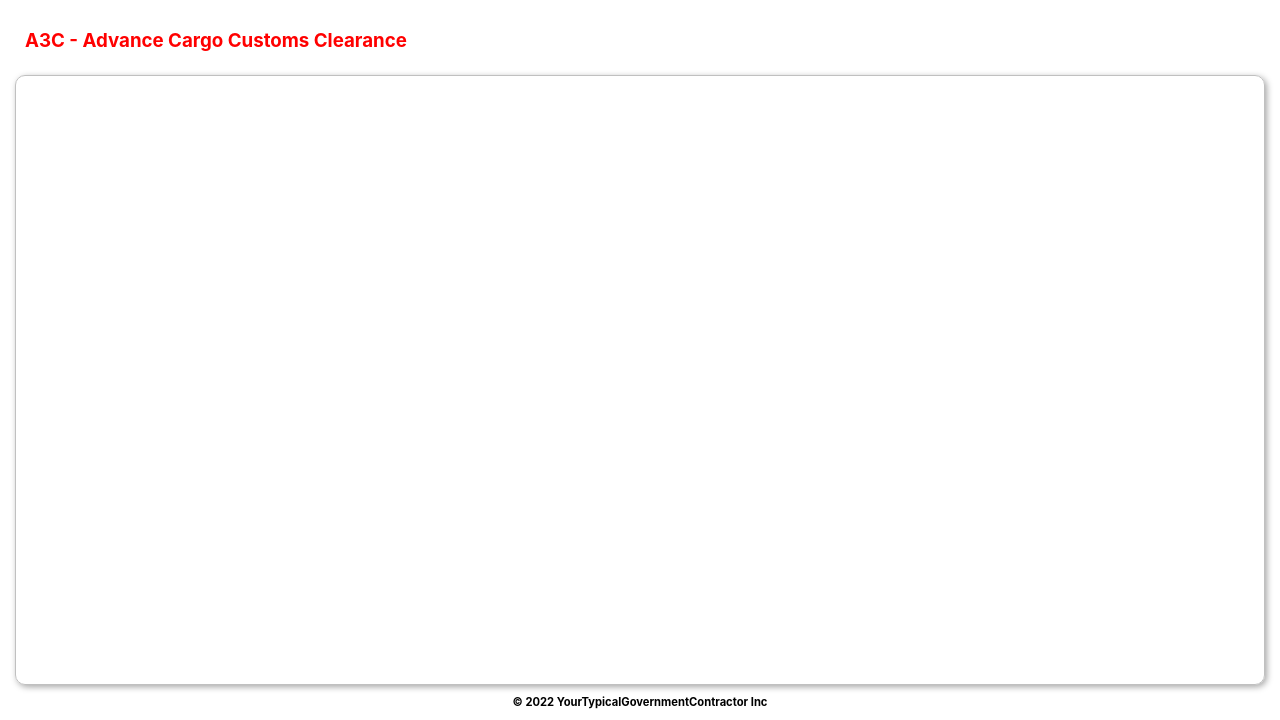
Repository: marlonguerios/onerecord_hackathon_2022
Page: /customs
The author's editor kept a copy of each file at every save. The page is drawn from the files as they stood at one save, then again after the next save.
The browser window is 1280 px wide. The pictures show the whole page.
The project was rebuilt for these pictures with package versions that can differ from the ones it lists, and the page was loaded fresh each time. Also part of the build but not shown: src/Dashboard.js.

Above is the page before, as saved 2022-10-22 20:37:42.

After the next save:
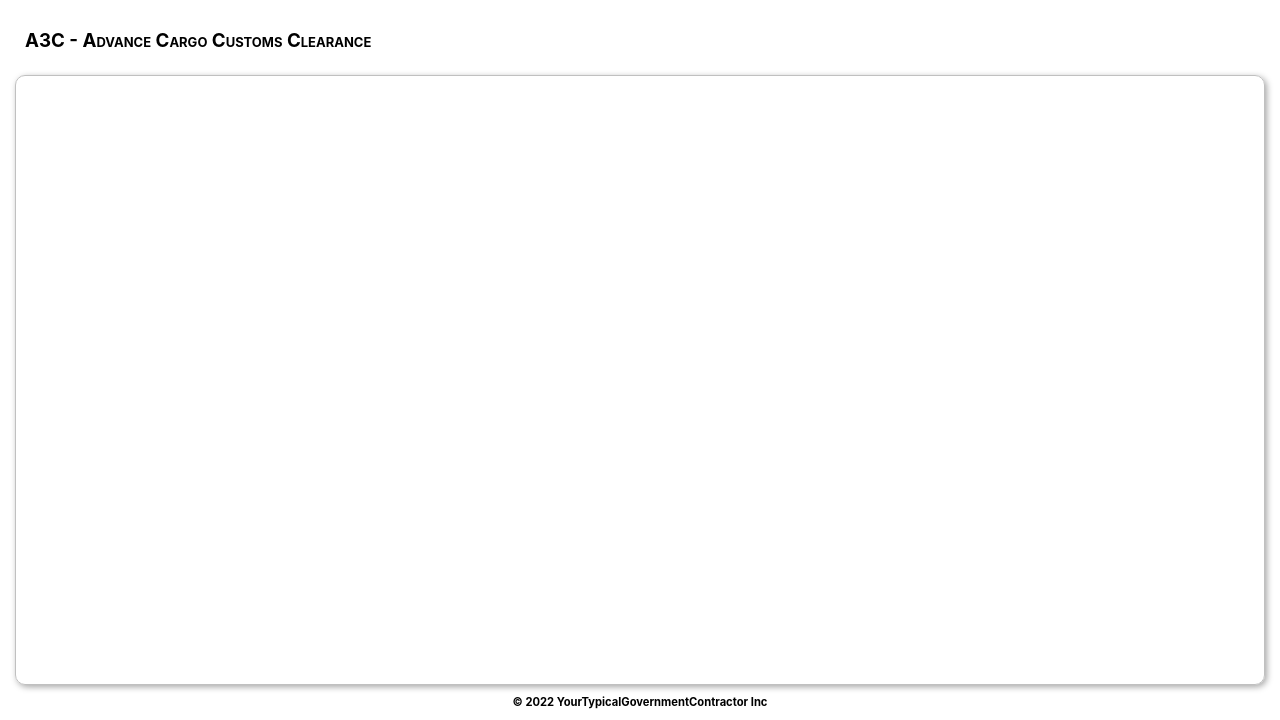
Saved 11 s later.
--- a/src/Customs.css
+++ b/src/Customs.css
@@ -45,7 +45,6 @@
 }
 
 .customs-header-text {
-    text-transform: capitalize;
+    font-variant: small-caps;
     font-weight: bold;
-    color: red;
 }
